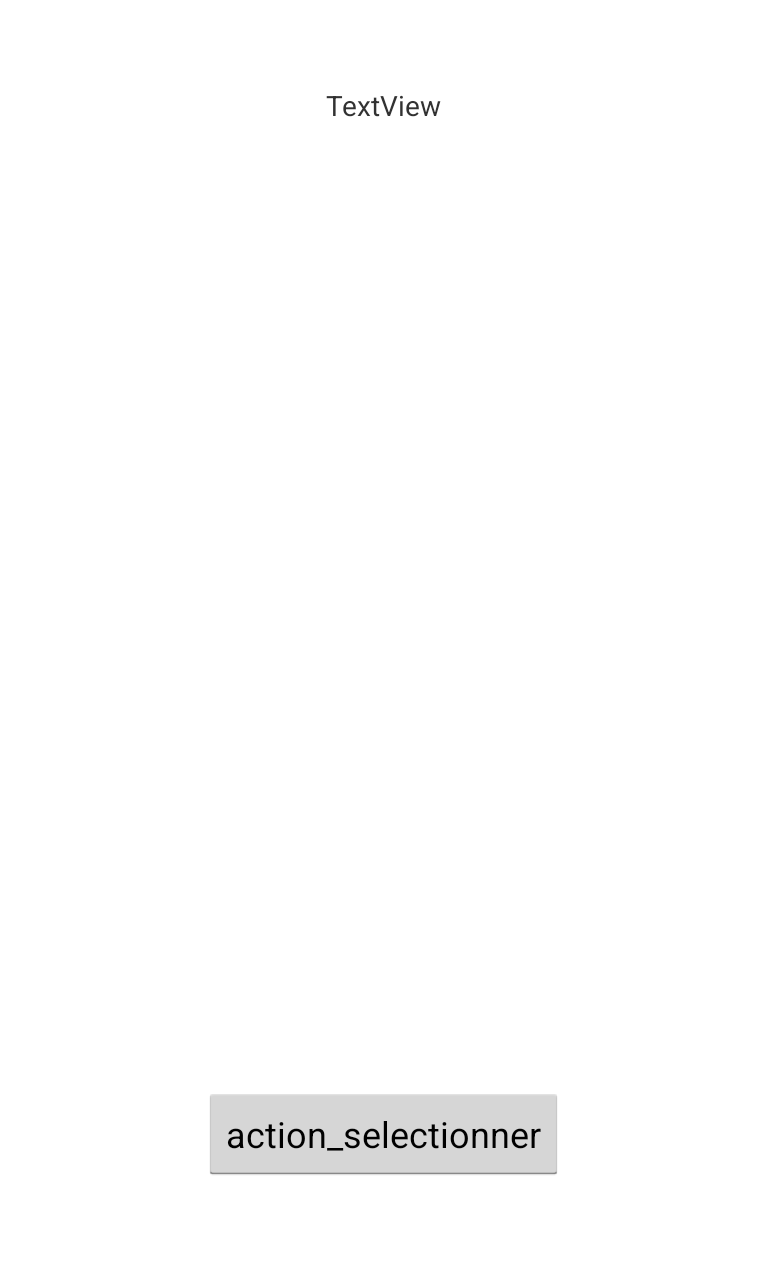
Repository: didjo972/Annuaire
Layout: Annuaire/res/layout/activity_main.xml
An editor plug-in stored every save of this project. The layout is shown before and after the next save, followed by the edit.
It is drawn on a 768 x 1280 px phone screen (xhdpi) without system bars, with theme AppTheme; the app's code is not run. Lists and similar views that code fills are empty.

Above is the layout before, as saved 2015-04-07 12:26:50.

### Annuaire/res/layout/activity_main.xml
<RelativeLayout xmlns:android="http://schemas.android.com/apk/res/android"
    xmlns:tools="http://schemas.android.com/tools"
    android:layout_width="match_parent"
    android:layout_height="match_parent"
    android:paddingBottom="@dimen/activity_vertical_margin"
    android:paddingLeft="@dimen/activity_horizontal_margin"
    android:paddingRight="@dimen/activity_horizontal_margin"
    android:paddingTop="@dimen/activity_vertical_margin"
    tools:context="dimitri.android.insta.annuaire.MainActivity"
    tools:ignore="HardcodedText" >

    <ListView
        android:id="@+id/listView1"
        android:layout_width="match_parent"
        android:layout_height="wrap_content"
        android:layout_centerHorizontal="true"
        tools:listitem="@android:layout/simple_list_item_single_choice" >

    </ListView>

    <Button
        android:id="@+id/button1"
        android:layout_width="wrap_content"
        android:layout_height="wrap_content"
        android:layout_alignParentBottom="true"
        android:layout_centerHorizontal="true"
        android:layout_marginBottom="33dp"
        android:text="action_selectionner" />

    <TextView
        android:id="@+id/textView1"
        android:layout_width="wrap_content"
        android:layout_height="wrap_content"
        android:layout_below="@+id/listView1"
        android:layout_centerHorizontal="true"
        android:layout_marginTop="27dp"
        android:text="TextView" />

</RelativeLayout>

### Annuaire/res/values/strings.xml
<?xml version="1.0" encoding="utf-8"?>
<resources>

    <string name="app_name">Annuaire</string>
    <string name="hello_world">Hello world!</string>
    <string name="action_settings">Settings</string>
    <string name="action_selectionner">Sélectionner</string>

</resources>

Loaded but not shown: Annuaire/res/values/styles.xml (common file); Annuaire/res/values-v11/styles.xml (common file); Annuaire/res/values-v14/styles.xml (common file); Annuaire/res/values/dimens.xml (common file); Annuaire/res/values-w820dp/dimens.xml (common file)

After the next save:
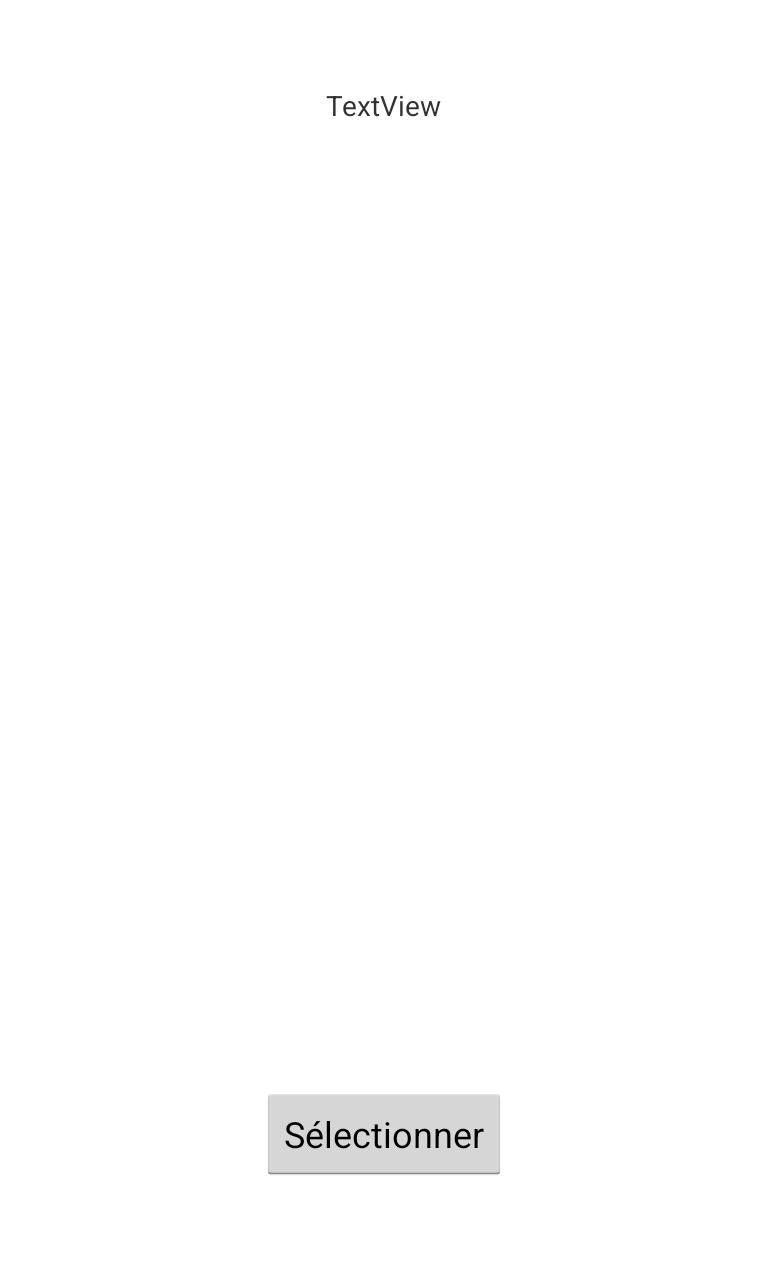
Saved 34 s later.
--- a/Annuaire/res/layout/activity_main.xml
+++ b/Annuaire/res/layout/activity_main.xml
@@ -25,7 +25,7 @@
         android:layout_alignParentBottom="true"
         android:layout_centerHorizontal="true"
         android:layout_marginBottom="33dp"
-        android:text="action_selectionner" />
+        android:text="@string/action_selectionner" />
 
     <TextView
         android:id="@+id/textView1"
